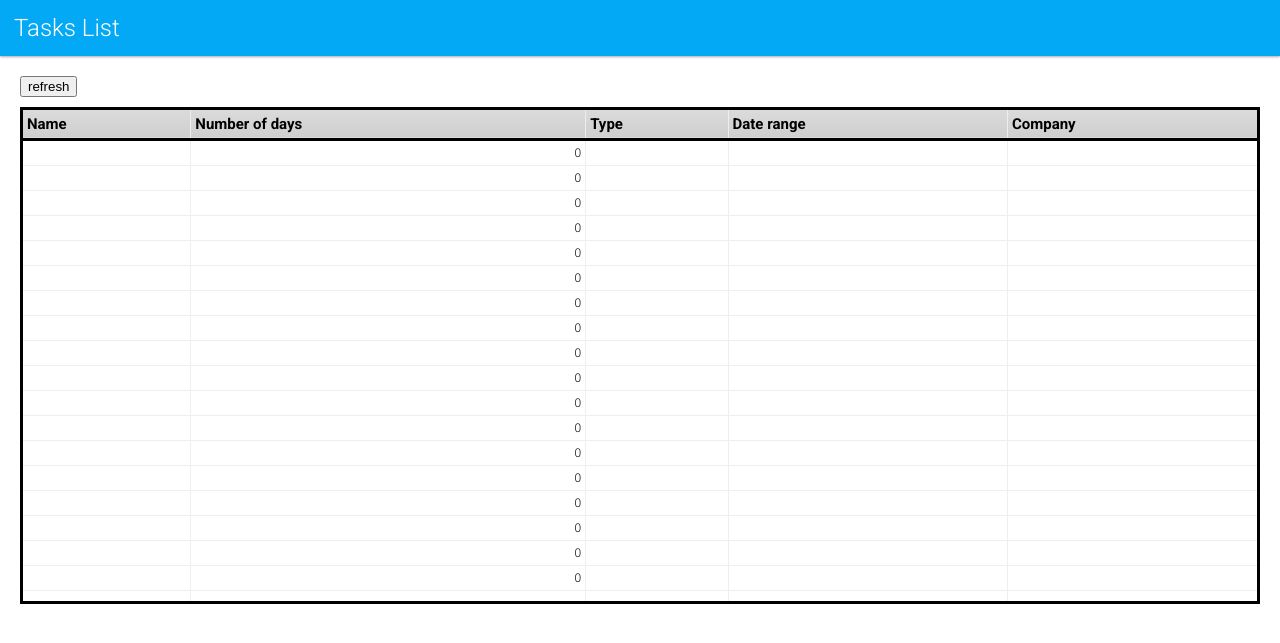
Repository: Megan74/Test-Vanilla-JS
Page: index.html
The author's editor kept a copy of each file at every save. The page is drawn from the files as they stood at one save, then again after the next save.
The browser window is 1280 px wide. The pictures show the whole page.

Above is the page before, as saved 2022-06-26 18:48:16.

After the next save:
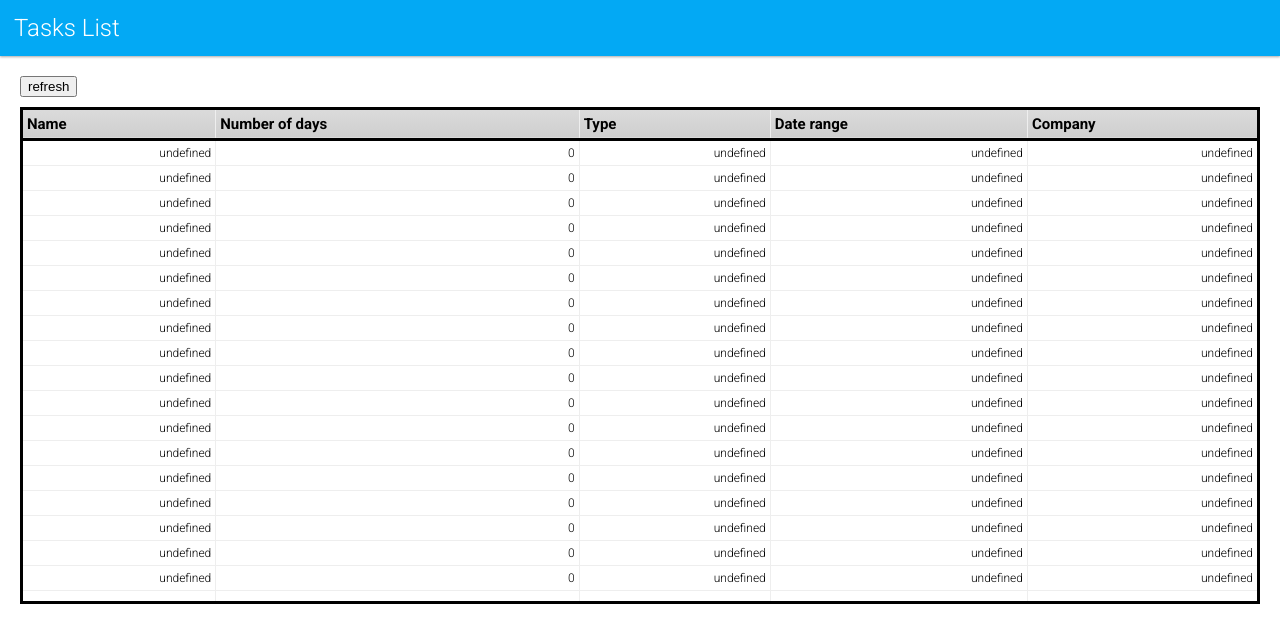
Saved 2 min 25 s later.
--- a/js/_components/tasks-table.component.js
+++ b/js/_components/tasks-table.component.js
@@ -106,7 +106,7 @@
 
             for (var i = 0; i < self.columns.length; i++) {
                 var col = self.columns[i];
-                columns.push(`<td>${task[col.property] || col.defaultValue || ''}</td>`);
+                columns.push(`<td>${task[col.property] || col.defaultValue}</td>`);
             }
 
             var tr = document.createElement('tr');

After the save that followed:
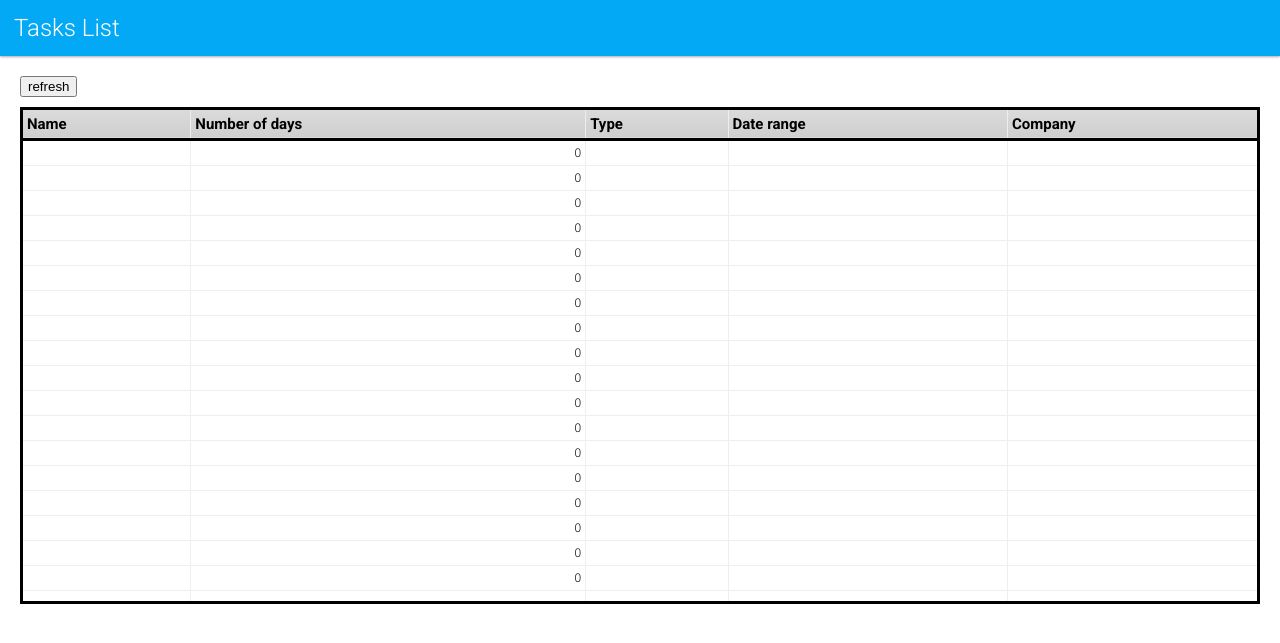
Saved 16 s later.
--- a/js/_components/tasks-table.component.js
+++ b/js/_components/tasks-table.component.js
@@ -106,7 +106,7 @@
 
             for (var i = 0; i < self.columns.length; i++) {
                 var col = self.columns[i];
-                columns.push(`<td>${task[col.property] || col.defaultValue}</td>`);
+                columns.push(`<td>${task[col.property] || col.defaultValue || ''}</td>`);
             }
 
             var tr = document.createElement('tr');
